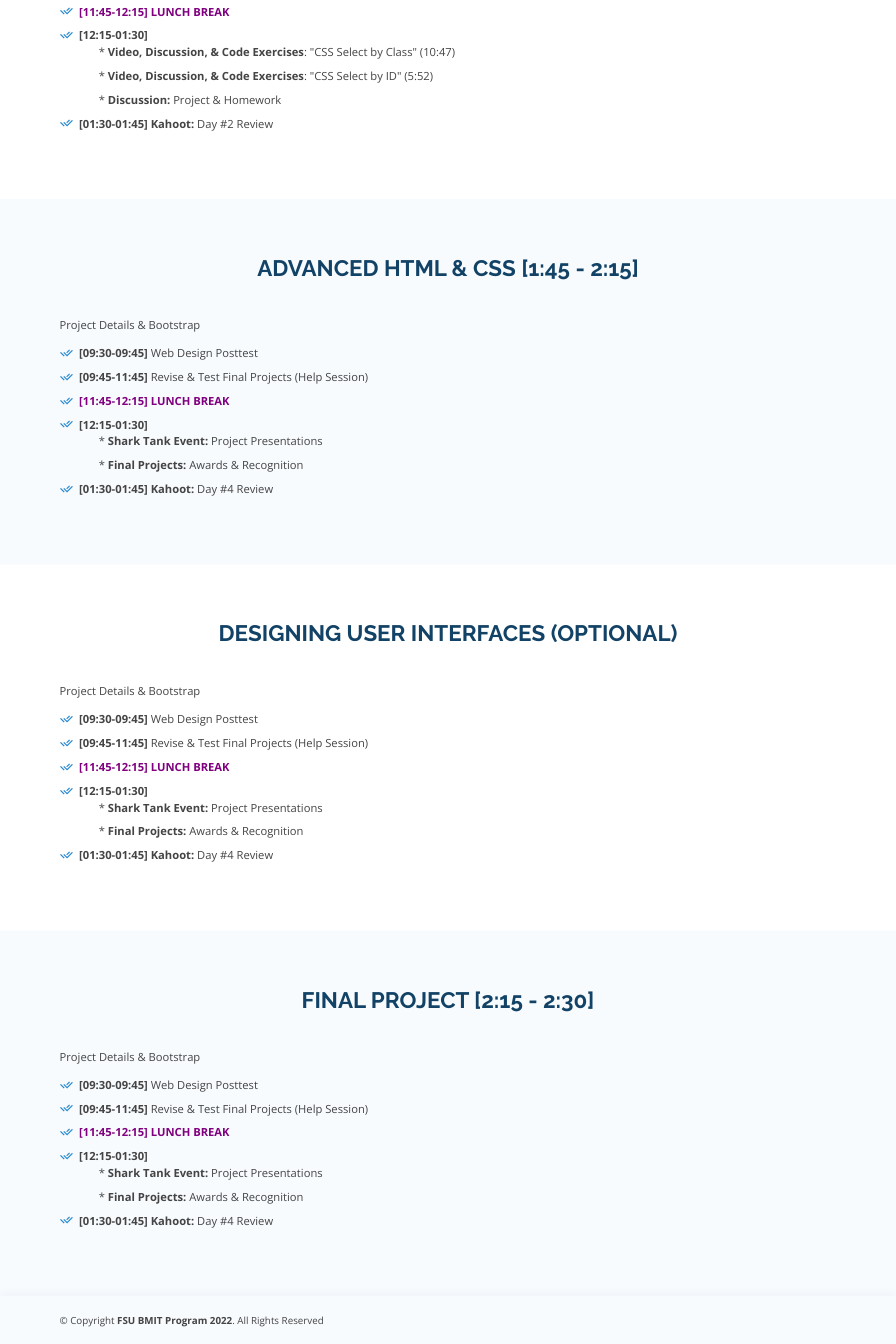
Repository: cchatmon/BMIT-Program
Page: BMIT_OnePage/index.html
The author's editor kept a record of every edit. The page is drawn from the files as they stood at one moment, then again after the next edit.
The browser window is 1280 px wide. The pictures show the part of the page from y = 1866 to 3786 px (the page is 3786 px tall before and 3783 px after), at 70% of full size.
Backgrounds fixed to the window are drawn as part of the page.

Above is the page before.

After the next edit:
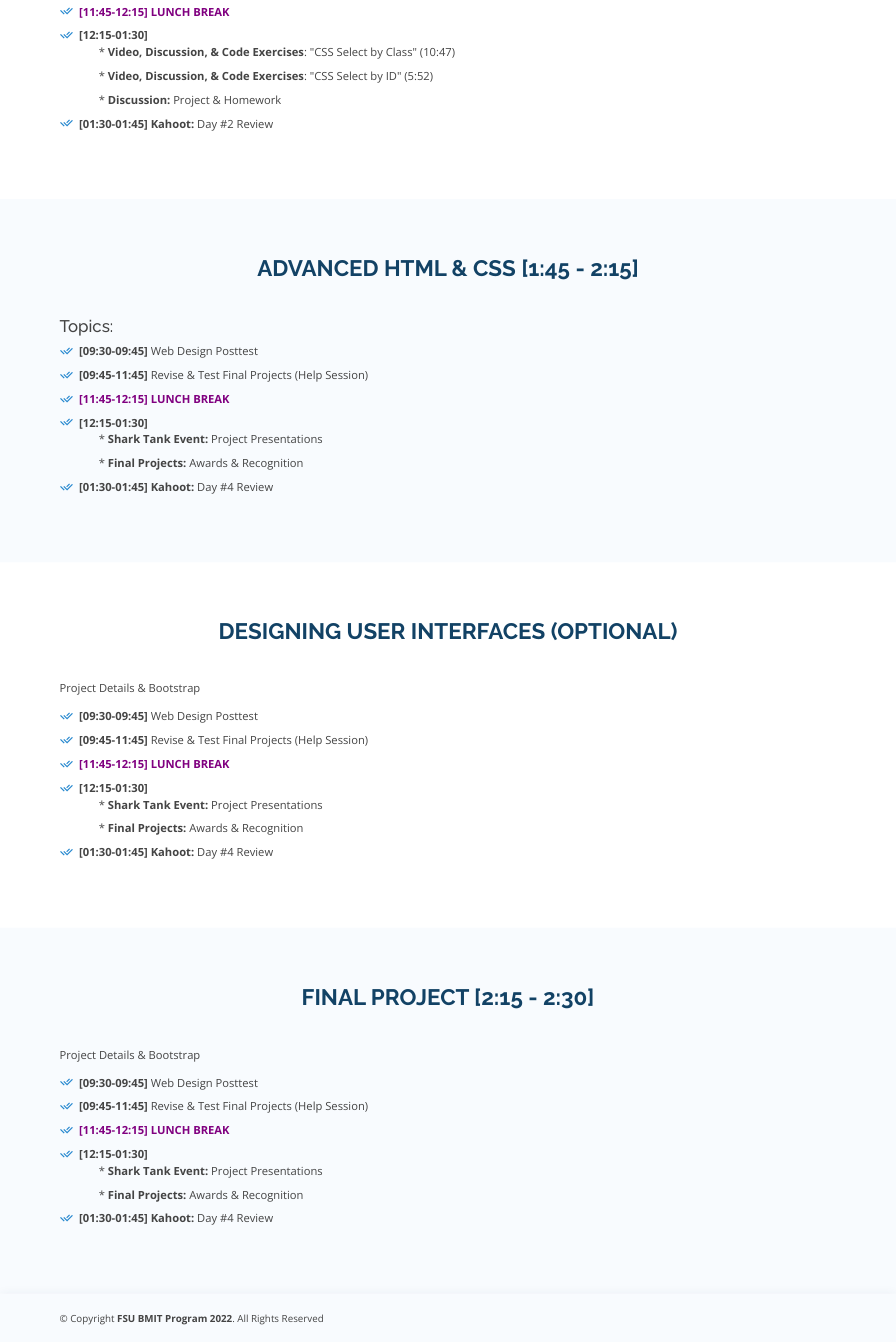
The edit:
--- a/BMIT_OnePage/index.html
+++ b/BMIT_OnePage/index.html
@@ -193,8 +193,9 @@
 
         <div class="row content">
           <div class="col-lg-12">
-            <p>Project Details & Bootstrap
-            </p>
+
+            <h4>Topics:</h4>
+
             <ul>
                <li><i class="ri-check-double-line"></i><b>[09:30-09:45]</b> Web Design Posttest</li>
 
